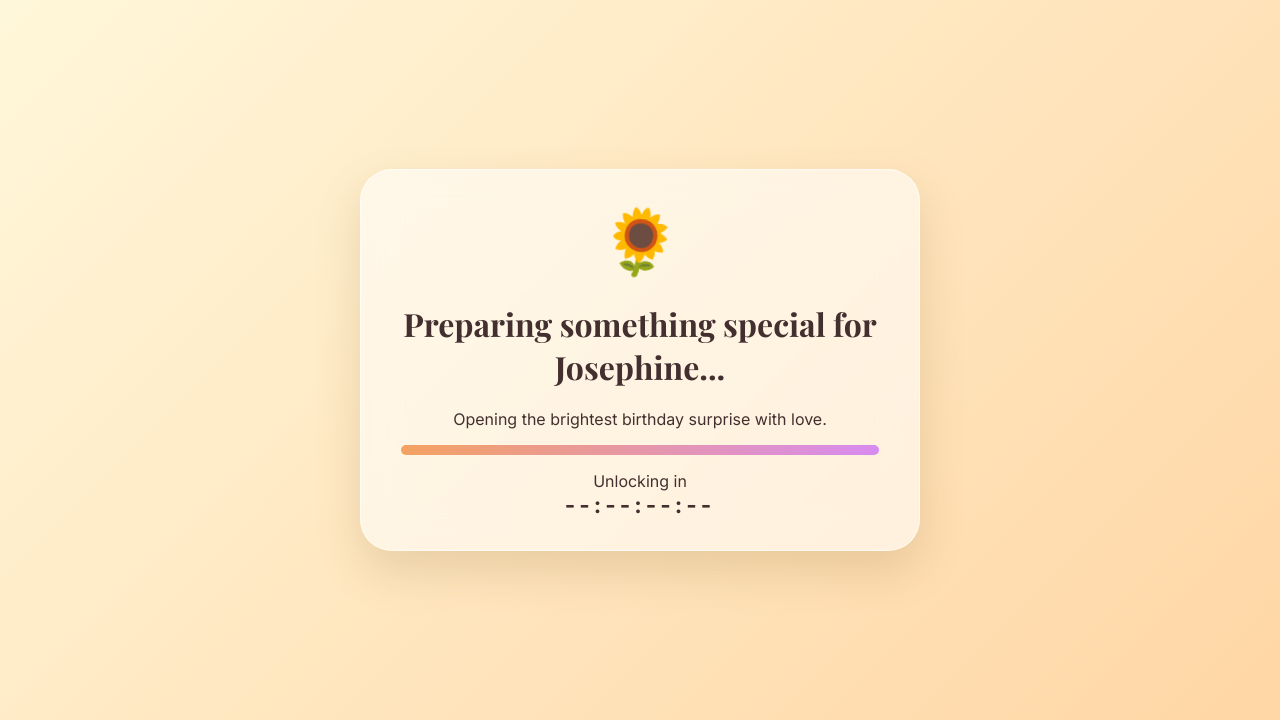
Repository: einsteinjunir3002-cyber/Aryee
Page: BESTIE/index.html
These files come from the project's save history. The page is drawn as it stood at one moment and after the next save; the edit follows.
The browser window is 1280 px wide. The pictures show the whole page.

Above is the page before, as saved 2026-08-01 13:48:17.
Console error: SyntaxError: missing ) after argument list

After the next save:
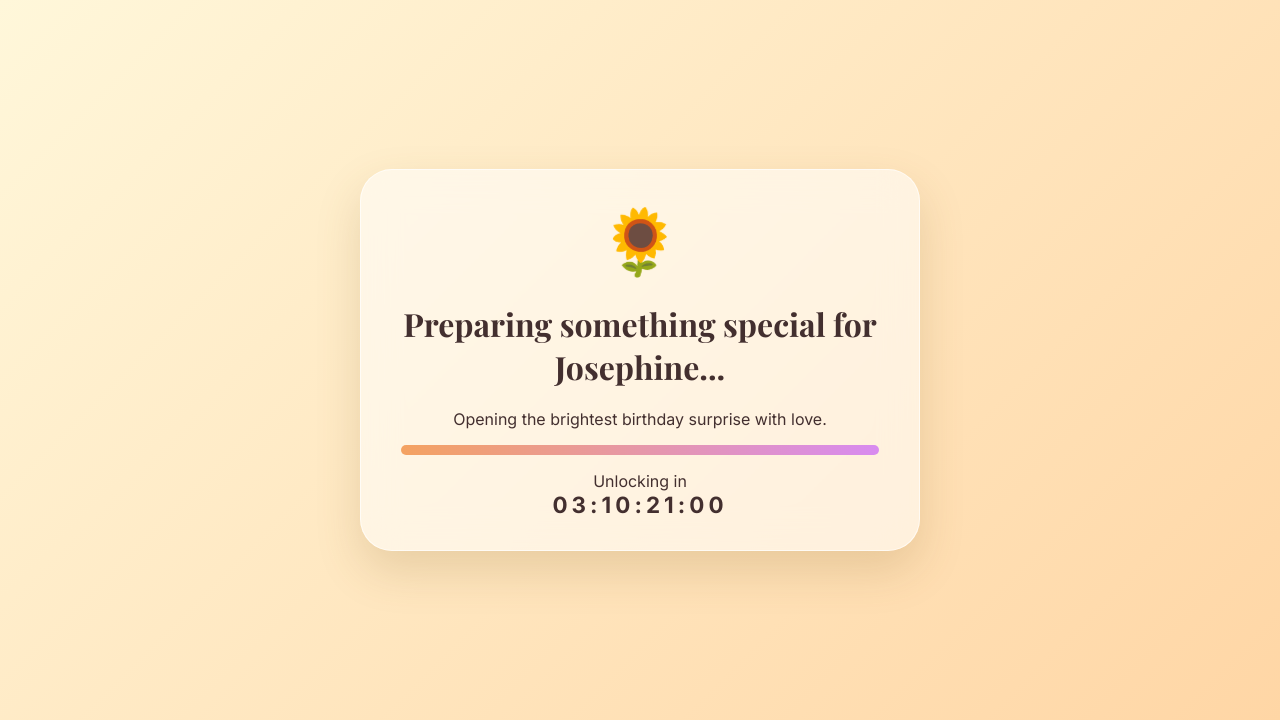
The error is gone.
Saved 33 min 35 s later.
--- a/BESTIE/script.js
+++ b/BESTIE/script.js
@@ -81,11 +81,15 @@ function startExperience() {
   setupScrollAnimations();
   startFireworks();
   startAmbientSound();
-  document.querySelectorAll('.section').forEach((section, index) => section.style.opacity = '0'; section.style.transform = 'translateY(20px)'; setTimeout(() => {
-    section.style.transition = 'all 0.8s ease';
-    section.style.opacity = '1';
-    section.style.transform = 'translateY(0)';
-  }, 120 * index));
+  document.querySelectorAll('.section').forEach((section, index) => {
+    section.style.opacity = '0';
+    section.style.transform = 'translateY(20px)';
+    setTimeout(() => {
+      section.style.transition = 'all 0.8s ease';
+      section.style.opacity = '1';
+      section.style.transform = 'translateY(0)';
+    }, 120 * index);
+  });
 }
 
 async function loadAmbientMedia() {
